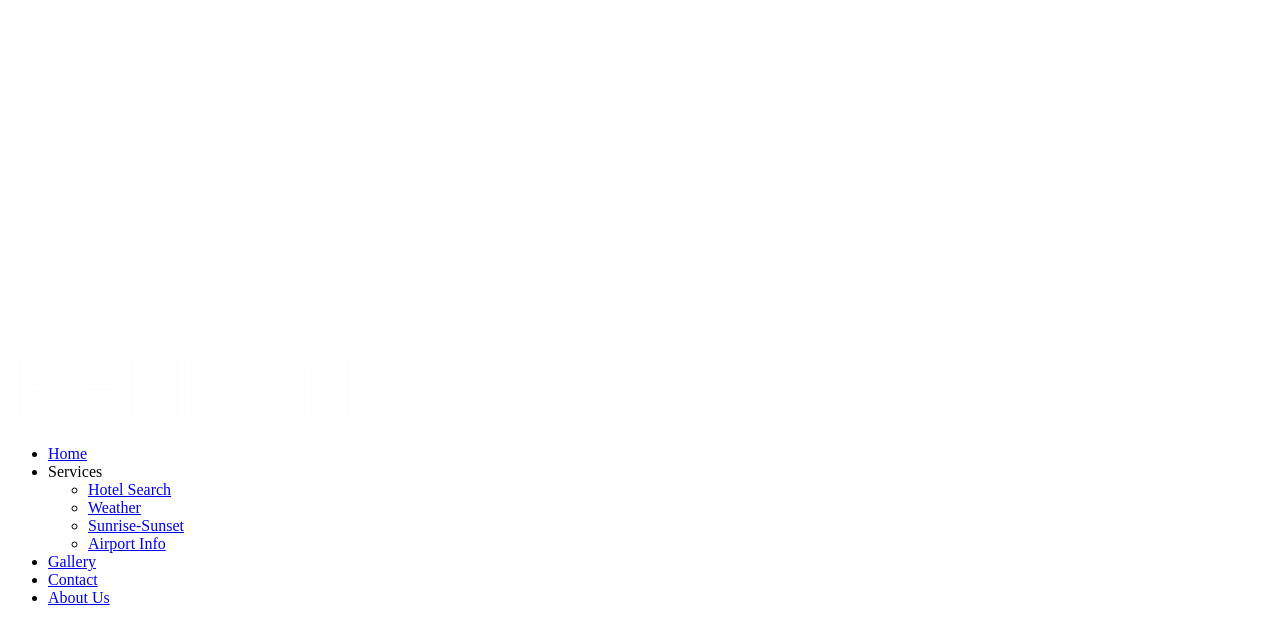
Repository: AliaShaheen/Rehlati
Page: RehlatiWeb/WebContent/menu.html
An editor plug-in stored every save of this project. The page is shown before and after the next save, followed by the edit.
The browser window is 1280 px wide. The pictures show the whole page.

Above is the page before, as saved 2017-06-29 21:16:47.

After the next save:
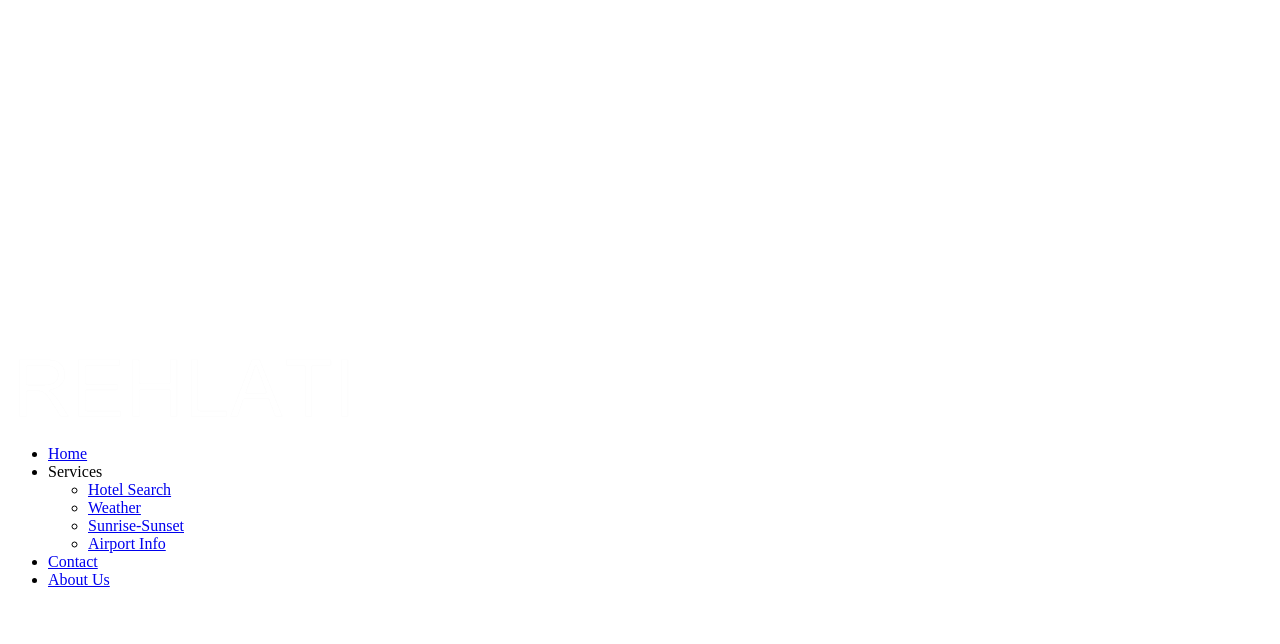
Saved 39 min 48 s later.
--- a/RehlatiWeb/WebContent/menu.html
+++ b/RehlatiWeb/WebContent/menu.html
@@ -29,7 +29,6 @@
 								<li><a href="sunService.xhtml">Sunrise-Sunset</a></li>
 								<li><a href="airportService.xhtml">Airport Info</a></li>
 							</ul></li>
-						<li><a href="gallery.xhtml" class="fa-th">Gallery</a></li>
 						<li><a href="contact.xhtml" class="fa-comment">Contact</a></li>
 						<li><a href="aboutus.xhtml"  class="fa-copy">About Us</a></li>
 					</ul>
